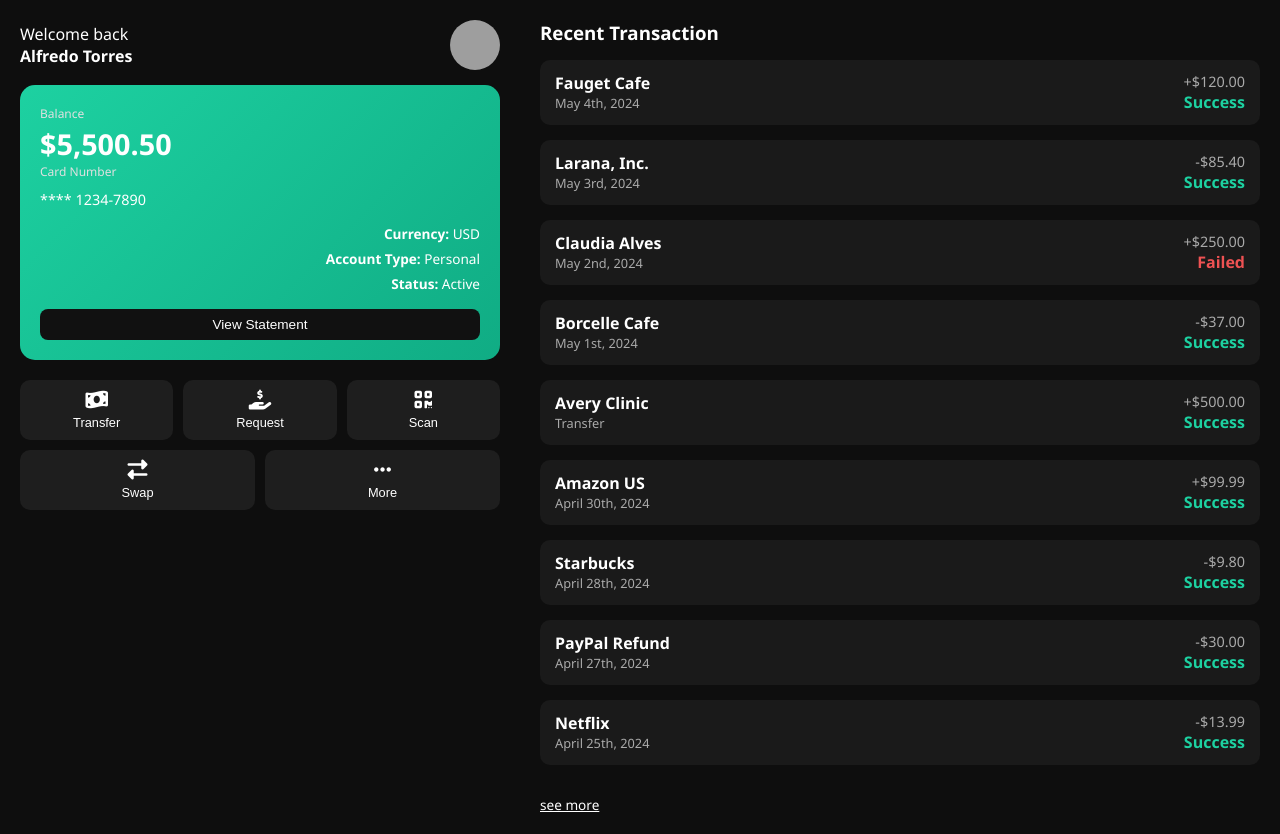
Repository: trenzyfx1/Wells-fargo-bank
Page: homepage.html
These files come from the project's save history. The page is drawn as it stood at one moment and after the next save; the edit follows.
The browser window is 1280 px wide. The pictures show the whole page.
Pictures or frames that could not be fetched are drawn as grey boxes. Some web libraries are served in a nearby version.

Above is the page before, as saved 2025-06-19 19:21:24.

After the next save:
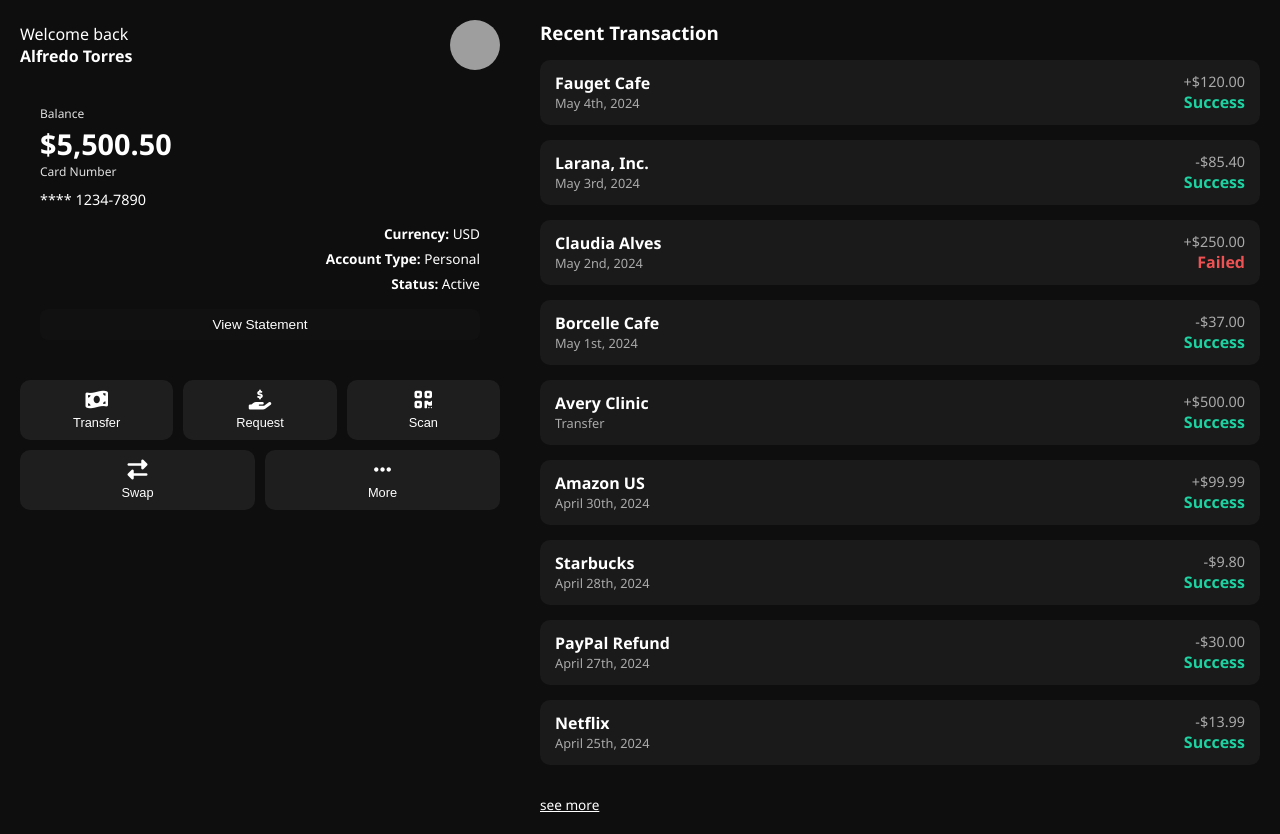
Saved 3 min 14 s later.
--- a/CSS/homepage.css
+++ b/CSS/homepage.css
@@ -30,7 +30,7 @@
 }
 
 .balance-card {
-    background: linear-gradient(135deg, #1dd1a1, #10ac84);
+    background: linear-gradient(135deg, , #10ac84);
     padding: 20px;
     border-radius: 15px;
     color: #fff;
